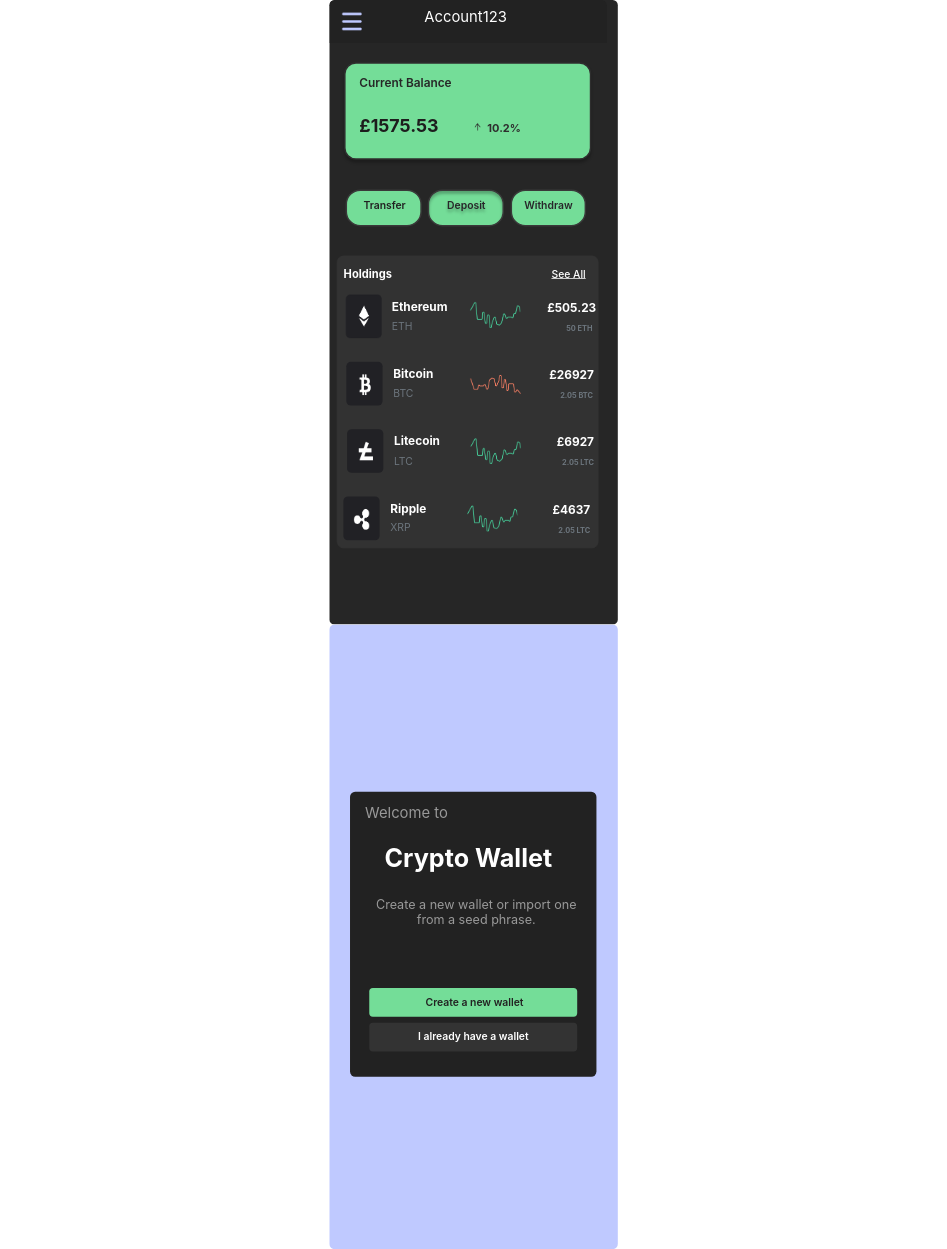
Repository: krishbains/CryptoWallet
Page: /
The author's editor kept a copy of each file at every save. The page is drawn from the files as they stood at one save, then again after the next save.
The browser window is 1280 px wide. The pictures show the whole page, at 74% of full size.
The project was rebuilt for these pictures with package versions that can differ from the ones it lists, and the page was loaded fresh each time.

Above is the page before, as saved 2024-03-28 15:46:36.

### src/App.js
import './App.css';
import BasePage from './components/basepage/basepage';
import StartingPage from './components/startingpage/startingpage';

function App() {
  return (
    <div className="App">
      <BasePage/>
      <StartingPage/>
    </div>
  );
}

export default App;

### src/components/basepage/basepage.jsx
import React from 'react';
import "./base_page.css"

export default function BasePage() {
  return (
    <div className='main-container'>
      <div className='main-frame-background'>
        <div className='account-bar'>
          <span className='account'>Account123</span>
          <div className='vector' />
        </div>
        <div className='rectangle'>
          <div className='flex-column-be'>
            <span className='current-balance'>Current Balance</span>
            <span className='currency'>£1575.53</span>
          </div>
          <span className='percentage'>10.2%</span>
          <div className='arrow-up' />
        </div>
        <div className='flex-row-afb'>
          <div className='transfer-button'>
            <span className='transfer'>Transfer</span>
          </div>
          <div className='deposit-button'>
            <span className='deposit'>Deposit</span>
          </div>
          <div className='receive-button'>
            <span className='withdraw'>Withdraw</span>
          </div>
        </div>
        <div className='holdings-background'>
          <div className='flex-row'>
            <span className='holdings'>Holdings</span>
            <span className='see-all'>See All</span>
          </div>
          <div className='flex-row-fa'>
            <div className='eth-icon' />
            <span className='pound-amount'>£505.23</span>
            <span className='ethereum'>Ethereum</span>
            <div className='graph-eth' />
            <span className='eth'>ETH</span>
            <span className='eth-amount'>50 ETH</span>
          </div>
          <div className='flex-row-eed'>
            <div className='rectangle-1'>
              <div className='bitcoin-logo'>
                <div className='group'>
                  <div className='vector-2' />
                </div>
              </div>
            </div>
            <span className='pound-amount-3'>£26927</span>
            <span className='bitcoin'>Bitcoin</span>
            <div className='graph-btc' />
            <span className='btc'>BTC</span>
            <span className='btc-amount'>2.05 BTC</span>
          </div>
          <div className='flex-row-d'>
            <div className='rectangle-4'>
              <div className='vector-5' />
            </div>
            <span className='pound'>£6927</span>
            <span className='bitcoin-litecoin'>Litecoin</span>
            <div className='graph-eth-6' />
            <span className='ltc'>LTC</span>
            <span className='ltc-amount'>2.05 LTC</span>
          </div>
          <div className='flex-row-cdef'>
            <div className='rectangle-7'>
              <div className='xrp-alt'>
                <div className='xrp' />
              </div>
            </div>
            <span className='pound-8'>£4637</span>
            <span className='ripple'>Ripple</span>
            <div className='graph-eth-9' />
            <span className='btc-a'>XRP</span>
            <span className='ltc-b'>2.05 LTC</span>
          </div>
        </div>
      </div>
    </div>
  );
}

### src/components/startingpage/startingpage.jsx
import React from 'react';
import './starting_page.css';

export default function StartingPage() {
return (
<div className='main-container'>
    <div className='main-frame-background1'>
    <div className='main-frame'>
        <span className='welcome-to'>Welcome to </span>
        <span className='crypto-wallet'>Crypto Wallet</span>
        <span className='new-wallet'>

        Create a new wallet or import one from a seed phrase.
        </span>
        <div className='new-wallet-box'>
        <span className='create-wallet'>Create a new wallet</span>
        </div>
        <div className='existing-wallet-box'>
        <span className='have-wallet'>I already have a wallet</span>
        </div>
    </div>
    </div>
</div>
);
}

### src/components/basepage/base_page.css
:root {
  --default-font-family: -apple-system, BlinkMacSystemFont, "Segoe UI", Roboto,
    Ubuntu, "Helvetica Neue", Helvetica, Arial, "PingFang SC",
    "Hiragino Sans GB", "Microsoft Yahei UI", "Microsoft Yahei",
    "Source Han Sans CN", sans-serif;
}

.main-container {
  overflow: hidden;
}

.main-container,
.main-container * {
  box-sizing: border-box;
}

input,
select,
textarea,
button {
  outline: 0;
}

.main-container {
  position: relative;
  width: 375px;
  height: 812px;
  margin: 0 auto;
}
.main-frame-background {
  position: relative;
  width: 390px;
  height: 844px;
  margin: 0 0 0 0;
  background: #262626;
  z-index: 1;
  overflow: visible auto;
  border-radius: 7px;
}
.account-bar {
  position: relative;
  width: 375px;
  height: 58px;
  margin: 0 0 0 0;
  background: #222222;
  z-index: 3;
  border-radius: 7px 7px 0 0;
}
.account {
  display: flex;
  align-items: flex-start;
  justify-content: flex-start;
  position: absolute;
  height: 47.455px;
  top: 5.273px;
  left: 128.397px;
  color: #ffffff;
  font-family: Kantumruy, var(--default-font-family);
  font-size: 20px;
  font-weight: 400;
  line-height: 36.133px;
  text-align: left;
  white-space: nowrap;
  z-index: 4;
}
.vector {
  position: absolute;
  width: 7.07%;
  height: 40.91%;
  top: 29.55%;
  left: 4.62%;
  background: url(../assets/images/45246d70-5334-4404-8daa-30d76e51f1e5.png)
    no-repeat center;
  background-size: 100% 100%;
  z-index: 6;
}
.rectangle {
  position: relative;
  width: 333.22px;
  height: 131.818px;
  margin: 26.364px 0 0 20.38px;
  background: #74dd98;
  border: 2px solid #2e2e2e;
  z-index: 60;
  border-radius: 16px;
  box-shadow: 0 4px 4px 0 rgba(0, 0, 0, 0.25);
}
.flex-column-be {
  position: absolute;
  width: 40.67%;
  height: 76%;
  top: 10.48%;
  left: 5.52%;
  font-size: 0px;
  z-index: 65;
}
.current-balance {
  display: block;
  position: relative;
  height: 31.636px;
  margin: 0 0 0 0;
  color: #272727;
  font-family: Poppins, var(--default-font-family);
  font-size: 16px;
  font-weight: 600;
  line-height: 24px;
  text-align: left;
  white-space: nowrap;
  z-index: 65;
}
.currency {
  display: block;
  position: relative;
  height: 47.455px;
  margin: 21.091px 0 0 0;
  color: #1d1d1d;
  font-family: Poppins, var(--default-font-family);
  font-size: 24px;
  font-weight: 700;
  line-height: 36px;
  text-align: left;
  white-space: nowrap;
  z-index: 64;
}
.percentage {
  display: flex;
  align-items: center;
  justify-content: flex-start;
  position: absolute;
  height: 23.727px;
  top: 77.091px;
  right: 92.769px;
  color: #2e2e2e;
  font-family: Inter, var(--default-font-family);
  font-size: 14.819188117980957px;
  font-weight: 700;
  line-height: 17.935px;
  text-align: left;
  white-space: nowrap;
  z-index: 62;
}
.arrow-up {
  position: absolute;
  width: 3.68%;
  height: 12.04%;
  top: 60.34%;
  left: 52%;
  background: url(../assets/images/10aa10bc-5b7c-4b32-8284-2e646e5b7f8e.png)
    no-repeat center;
  background-size: 100% 100%;
  z-index: 63;
  overflow: hidden;
  border-radius: 16px;
}
.flex-row-afb {
  display: flex;
  align-items: center;
  justify-content: space-between;
  position: relative;
  width: 324.736px;
  height: 50.091px;
  margin: 39.545px 0 0 22.418px;
  z-index: 57;
}
.transfer-button {
  flex-shrink: 0;
  position: relative;
  width: 102.589px;
  height: 50.091px;
  background: #74dd98;
  border: 2px solid #393939;
  z-index: 57;
  border-radius: 20px;
  box-sizing: content-box;
}
.transfer {
  display: flex;
  align-items: flex-start;
  justify-content: flex-start;
  position: absolute;
  height: 25.045px;
  top: 11.864px;
  left: 21.702px;
  color: #222222;
  font-family: Inter, var(--default-font-family);
  font-size: 14px;
  font-weight: 600;
  line-height: 16.943px;
  text-align: left;
  white-space: nowrap;
  z-index: 58;
}
.deposit-button {
  flex-shrink: 0;
  position: relative;
  width: 102.589px;
  height: 50.091px;
  background: #74dd98;
  border: 2px solid #393939;
  z-index: 54;
  border-radius: 20px;
  box-sizing: content-box;
  box-shadow: 0 4px 4px 0 rgba(0, 0, 0, 0.25) inset;
}
.deposit {
  display: flex;
  align-items: flex-start;
  justify-content: flex-start;
  position: absolute;
  height: 25.045px;
  top: 11.864px;
  left: 23.674px;
  color: #28272a;
  font-family: Inter, var(--default-font-family);
  font-size: 14px;
  font-weight: 600;
  line-height: 16.943px;
  text-align: left;
  white-space: nowrap;
  z-index: 55;
  text-shadow: 0 4px 4px rgba(0, 0, 0, 0.25);
}
.receive-button {
  flex-shrink: 0;
  position: relative;
  width: 102.589px;
  height: 50.091px;
  background: #74dd98;
  border: 2px solid #393939;
  z-index: 51;
  border-radius: 20px;
  box-sizing: content-box;
}
.withdraw {
  display: flex;
  align-items: flex-start;
  justify-content: flex-start;
  position: absolute;
  height: 25.045px;
  top: 11.864px;
  left: 16.77px;
  color: #28272a;
  font-family: Inter, var(--default-font-family);
  font-size: 14px;
  font-weight: 600;
  line-height: 16.943px;
  text-align: left;
  white-space: nowrap;
  z-index: 52;
}
.holdings-background {
  position: relative;
  width: 353.601px;
  height: 395.455px;
  margin: 39.545px 0 0 10.19px;
  background: url(../assets/images/080edce0-6464-4538-901a-cff2fcb1b786.png)
    no-repeat center;
  background-size: cover;
  z-index: 46;
  overflow: visible auto;
}
.flex-row {
  display: flex;
  align-items: center;
  justify-content: space-between;
  position: relative;
  width: 327.106px;
  height: 26.364px;
  margin: 14.5px 0 0 9.171px;
  z-index: 48;
}
.holdings {
  flex-shrink: 0;
  position: relative;
  height: 26.364px;
  color: #ffffff;
  font-family: Poppins, var(--default-font-family);
  font-size: 15px;
  font-weight: 700;
  line-height: 20px;
  text-align: left;
  white-space: nowrap;
  z-index: 48;
}
.see-all {
  flex-shrink: 0;
  position: relative;
  height: 21.091px;
  color: #ffffff;
  font-family: Poppins, var(--default-font-family);
  font-size: 14px;
  font-weight: 500;
  line-height: 16px;
  text-align: left;
  text-decoration: underline;
  white-space: nowrap;
  z-index: 47;
}
.flex-row-fa {
  position: relative;
  width: 338.315px;
  height: 59.318px;
  margin: 11.864px 0 0 12.228px;
  z-index: 45;
}
.eth-icon {
  position: absolute;
  width: 14.46%;
  height: 100%;
  top: 0;
  left: 0;
  background: url(../assets/images/b7ec6f21-89a5-45ad-a6ac-5ef64cc5c58f.png)
    no-repeat center;
  background-size: 100% 100%;
  z-index: 44;
}
.pound-amount {
  display: flex;
  align-items: center;
  justify-content: flex-start;
  position: absolute;
  height: 31.636px;
  top: 1.318px;
  right: 0;
  color: #ffffff;
  font-family: Poppins, var(--default-font-family);
  font-size: 16px;
  font-weight: 700;
  line-height: 24px;
  text-align: left;
  white-space: nowrap;
  z-index: 41;
}
.ethereum {
  display: flex;
  align-items: flex-start;
  justify-content: flex-start;
  position: absolute;
  height: 53.33%;
  top: 6.67%;
  left: 18.31%;
  color: #ffffff;
  font-family: Poppins, var(--default-font-family);
  font-size: 16px;
  font-weight: 700;
  line-height: 24px;
  text-align: left;
  white-space: nowrap;
  z-index: 43;
}
.graph-eth {
  position: absolute;
  width: 68.054px;
  height: 34.744px;
  top: 10.34px;
  left: 167.178px;
  background: url(../assets/images/f28026c0-2074-47fa-8fcf-f2ae30d66aa1.png)
    no-repeat center;
  background-size: cover;
  z-index: 45;
}
.eth {
  display: flex;
  align-items: flex-start;
  justify-content: flex-start;
  position: absolute;
  height: 46.67%;
  top: 53.33%;
  left: 18.31%;
  color: #6c757d;
  font-family: Poppins, var(--default-font-family);
  font-size: 14px;
  font-weight: 400;
  line-height: 21px;
  text-align: left;
  white-space: nowrap;
  z-index: 42;
}
.eth-amount {
  display: flex;
  align-items: center;
  justify-content: flex-start;
  position: absolute;
  height: 19.773px;
  top: 35.591px;
  right: 5.095px;
  color: #6c757d;
  font-family: Poppins, var(--default-font-family);
  font-size: 10px;
  font-weight: 700;
  line-height: 15px;
  text-align: left;
  white-space: nowrap;
  z-index: 40;
}
.flex-row-eed {
  position: relative;
  width: 334.239px;
  height: 59.318px;
  margin: 31.636px 0 0 13.247px;
  z-index: 35;
}
.rectangle-1 {
  position: absolute;
  width: 48.913px;
  height: 59.318px;
  top: 0;
  left: 0;
  background: #212125;
  z-index: 34;
  border-radius: 6px;
}
.bitcoin-logo {
  position: relative;
  width: 22.418px;
  height: 29px;
  margin: 15.818px 0 0 13.247px;
  z-index: 36;
  overflow: hidden;
}
.group {
  position: relative;
  width: 16.199px;
  height: 29px;
  margin: 0 0 0 3.109px;
  z-index: 37;
}
.vector-2 {
  position: absolute;
  width: 100%;
  height: 100%;
  top: 0;
  left: 0;
  background: url(../assets/images/91116894-a53a-42bc-a648-6d4736a95ef9.png)
    no-repeat center;
  background-size: 100% 100%;
  z-index: 38;
}
.pound-amount-3 {
  display: flex;
  align-items: center;
  justify-content: flex-start;
  position: absolute;
  height: 31.636px;
  top: 1.318px;
  right: 0;
  color: #ffffff;
  font-family: Poppins, var(--default-font-family);
  font-size: 16px;
  font-weight: 700;
  line-height: 24px;
  text-align: left;
  white-space: nowrap;
  z-index: 29;
}
.bitcoin {
  display: flex;
  align-items: flex-start;
  justify-content: flex-start;
  position: absolute;
  height: 53.33%;
  top: 6.67%;
  left: 18.85%;
  color: #ffffff;
  font-family: Poppins, var(--default-font-family);
  font-size: 16px;
  font-weight: 700;
  line-height: 24px;
  text-align: left;
  white-space: nowrap;
  z-index: 32;
}
.graph-btc {
  position: absolute;
  width: 69.773px;
  height: 25.811px;
  top: 16.871px;
  left: 166.11px;
  background: url(../assets/images/b357d26c-909c-44e7-9281-c4edeaf9df15.png)
    no-repeat center;
  background-size: cover;
  z-index: 35;
}
.btc {
  display: flex;
  align-items: flex-start;
  justify-content: flex-start;
  position: absolute;
  height: 46.67%;
  top: 53.33%;
  left: 18.85%;
  color: #6c757d;
  font-family: Poppins, var(--default-font-family);
  font-size: 14px;
  font-weight: 400;
  line-height: 21px;
  text-align: left;
  white-space: nowrap;
  z-index: 31;
}
.btc-amount {
  display: flex;
  align-items: center;
  justify-content: flex-start;
  position: absolute;
  height: 19.773px;
  top: 35.591px;
  right: 1.235px;
  color: #6c757d;
  font-family: Poppins, var(--default-font-family);
  font-size: 10px;
  font-weight: 700;
  line-height: 15px;
  text-align: left;
  white-space: nowrap;
  z-index: 30;
}
.flex-row-d {
  position: relative;
  width: 333.22px;
  height: 59.318px;
  margin: 31.636px 0 0 14.266px;
  z-index: 26;
}
.rectangle-4 {
  position: absolute;
  width: 48.913px;
  height: 59.318px;
  top: 0;
  left: 0;
  background: #212125;
  z-index: 26;
  border-radius: 6px;
}
.vector-5 {
  position: relative;
  width: 20.38px;
  height: 26.364px;
  margin: 15.818px 0 0 14.266px;
  background: url(../assets/images/54097542-4e6a-4b7e-aa89-15c2462a3a01.png)
    no-repeat center;
  background-size: 100% 100%;
  z-index: 27;
}
.pound {
  display: flex;
  align-items: center;
  justify-content: flex-start;
  position: absolute;
  height: 31.636px;
  top: 1.318px;
  right: 0;
  color: #ffffff;
  font-family: Poppins, var(--default-font-family);
  font-size: 16px;
  font-weight: 700;
  line-height: 24px;
  text-align: left;
  white-space: nowrap;
  z-index: 21;
}
.bitcoin-litecoin {
  display: flex;
  align-items: flex-start;
  justify-content: flex-start;
  position: absolute;
  height: 53.33%;
  top: 6.67%;
  left: 18.9%;
  color: #ffffff;
  font-family: Poppins, var(--default-font-family);
  font-size: 16px;
  font-weight: 700;
  line-height: 24px;
  text-align: left;
  white-space: nowrap;
  z-index: 24;
}
.graph-eth-6 {
  position: absolute;
  width: 68.054px;
  height: 34.744px;
  top: 12.411px;
  left: 166.619px;
  background: url(../assets/images/5a5ba27f-919b-4bf2-a698-b63f6a62aeda.png)
    no-repeat center;
  background-size: cover;
  z-index: 20;
}
.ltc {
  display: flex;
  align-items: flex-start;
  justify-content: flex-start;
  position: absolute;
  height: 46.67%;
  top: 53.33%;
  left: 18.9%;
  color: #6c757d;
  font-family: Poppins, var(--default-font-family);
  font-size: 14px;
  font-weight: 400;
  line-height: 21px;
  text-align: left;
  white-space: nowrap;
  z-index: 23;
}
.ltc-amount {
  display: flex;
  align-items: center;
  justify-content: flex-start;
  position: absolute;
  height: 19.773px;
  top: 35.591px;
  right: 0px;
  color: #6c757d;
  font-family: Poppins, var(--default-font-family);
  font-size: 10px;
  font-weight: 700;
  line-height: 15px;
  text-align: left;
  white-space: nowrap;
  z-index: 22;
}
.flex-row-cdef {
  position: relative;
  width: 333.22px;
  height: 59.318px;
  margin: 31.636px 0 0 9.171px;
  z-index: 16;
}
.rectangle-7 {
  position: absolute;
  width: 48.913px;
  height: 59.318px;
  top: 0;
  left: 0;
  background: #212125;
  z-index: 16;
  border-radius: 6px;
}
.xrp-alt {
  position: relative;
  width: 22.418px;
  height: 29px;
  margin: 15.818px 0 0 13.247px;
  z-index: 17;
  overflow: hidden;
}
.xrp {
  position: relative;
  width: 21.219px;
  height: 28.881px;
  margin: 0.12px 0 0 0.59px;
  background: url(../assets/images/051f1be4-0ac0-4825-8185-528ab2f2c210.png)
    no-repeat center;
  background-size: 100% 100%;
  z-index: 18;
}
.pound-8 {
  display: flex;
  align-items: center;
  justify-content: flex-start;
  position: absolute;
  height: 31.636px;
  top: 1.318px;
  right: 0px;
  color: #ffffff;
  font-family: Poppins, var(--default-font-family);
  font-size: 16px;
  font-weight: 700;
  line-height: 24px;
  text-align: left;
  white-space: nowrap;
  z-index: 11;
}
.ripple {
  display: flex;
  align-items: flex-start;
  justify-content: flex-start;
  position: absolute;
  height: 53.33%;
  top: 6.67%;
  left: 18.9%;
  color: #ffffff;
  font-family: Poppins, var(--default-font-family);
  font-size: 16px;
  font-weight: 700;
  line-height: 24px;
  text-align: left;
  white-space: nowrap;
  z-index: 14;
}
.graph-eth-9 {
  position: absolute;
  width: 68.054px;
  height: 34.744px;
  top: 12.411px;
  left: 166.619px;
  background: url(../assets/images/47c54188-5354-4b07-969a-d62b24e173eb.png)
    no-repeat center;
  background-size: cover;
  z-index: 10;
}
.btc-a {
  display: flex;
  align-items: flex-start;
  justify-content: flex-start;
  position: absolute;
  height: 46.67%;
  top: 53.33%;
  left: 18.9%;
  color: #6c757d;
  font-family: Poppins, var(--default-font-family);
  font-size: 14px;
  font-weight: 400;
  line-height: 21px;
  text-align: left;
  white-space: nowrap;
  z-index: 13;
}
.ltc-b {
  display: flex;
  align-items: center;
  justify-content: flex-start;
  position: absolute;
  height: 19.773px;
  top: 35.591px;
  right: 0;
  color: #6c757d;
  font-family: Poppins, var(--default-font-family);
  font-size: 10px;
  font-weight: 700;
  line-height: 15px;
  text-align: left;
  white-space: nowrap;
  z-index: 12;
}

### src/components/startingpage/starting_page.css
:root {
    --default-font-family: -apple-system, BlinkMacSystemFont, "Segoe UI", Roboto,
      Ubuntu, "Helvetica Neue", Helvetica, Arial, "PingFang SC",
      "Hiragino Sans GB", "Microsoft Yahei UI", "Microsoft Yahei",
      "Source Han Sans CN", sans-serif;
  }

  .main-container {
    overflow: hidden;
  }

  .main-container,
  .main-container * {
    box-sizing: border-box;
  }

  input,
  select,
  textarea,
  button {
    outline: 0;
  }

  .main-container {
    position: relative;
    width: 390px;
    height: 844px;
    margin: 0 auto;
  }
  .main-frame-background1 {
    position: absolute;
    width: 390px;
    height: 844px;
    top: 0;
    left: 0;
    background: #bfc9ff;
    z-index: 1;
    border-radius: 7px;
  }
  .main-frame {
    position: relative;
    width: 333px;
    height: 385px;
    margin: 226px 0 0 28px;
    font-size: 0px;
    background: #222222;
    z-index: 2;
    overflow: visible auto;
    border-radius: 7px;
  }
  .welcome-to {
    display: flex;
    align-items: flex-start;
    justify-content: center;
    position: relative;
    width: 103.837px;
    height: 22.803px;
    margin: 17.308px 0 0 24.374px;
    color: #999999;
    font-family: Actor, var(--default-font-family);
    font-size: 20px;
    font-weight: 400;
    line-height: 22.803px;
    text-align: center;
    white-space: nowrap;
    z-index: 11;
  }
  .crypto-wallet {
    display: block;
    position: relative;
    height: 61.757px;
    margin: 18.052px 0 0 46.553px;
    color: #ffffff;
    font-family: Kantumruy, var(--default-font-family);
    font-size: 34px;
    font-weight: 700;
    line-height: 61.426px;
    text-align: left;
    white-space: nowrap;
    z-index: 9;
  }
  .new-wallet {
    display: flex;
    align-items: flex-start;
    justify-content: center;
    position: relative;
    width: 298.406px;
    height: 43.705px;
    margin: 21.853px 0 0 21.35px;
    color: #999999;
    font-family: Actor, var(--default-font-family);
    font-size: 17px;
    font-weight: 400;
    line-height: 20.451px;
    text-align: center;
    z-index: 10;
  }
  .new-wallet-box {
    position: relative;
    width: 281px;
    height: 39px;
    margin: 79.522px 0 0 26px;
    background: #74dd98;
    z-index: 4;
    border-radius: 5px;
  }
  .create-wallet {
    display: flex;
    align-items: flex-start;
    justify-content: flex-start;
    position: absolute;
    height: 18.052px;
    top: 10.739px;
    left: 76px;
    color: #222222;
    font-family: Inter, var(--default-font-family);
    font-size: 14px;
    font-weight: 600;
    line-height: 16.943px;
    text-align: left;
    white-space: nowrap;
    z-index: 5;
  }
  .existing-wallet-box {
    position: relative;
    width: 281px;
    height: 39px;
    margin: 8px 0 0 26px;
    background: #333333;
    z-index: 7;
    border-radius: 5px;
  }
  .have-wallet {
    display: flex;
    align-items: flex-start;
    justify-content: flex-start;
    position: absolute;
    height: 18.052px;
    top: 10.295px;
    left: 65.919px;
    color: #ffffff;
    font-family: Inter, var(--default-font-family);
    font-size: 14px;
    font-weight: 600;
    line-height: 16.943px;
    text-align: left;
    white-space: nowrap;
    z-index: 8;
  }

Loaded but not shown: public/index.html (common file); src/index.js (common file); src/index.css (common file); src/reportWebVitals.js (common file); src/App.css (common file)

After the next save:
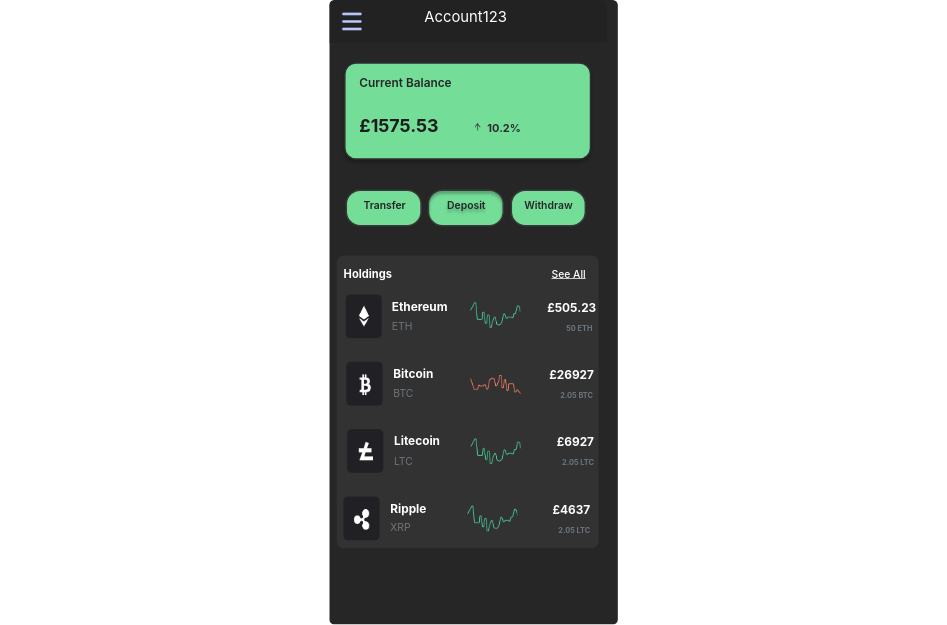
Saved 5 s later.
--- a/src/App.js
+++ b/src/App.js
@@ -6,7 +6,7 @@ function App() {
   return (
     <div className="App">
       <BasePage/>
-      <StartingPage/>
+      {/* <StartingPage/> */}
     </div>
   );
 }
